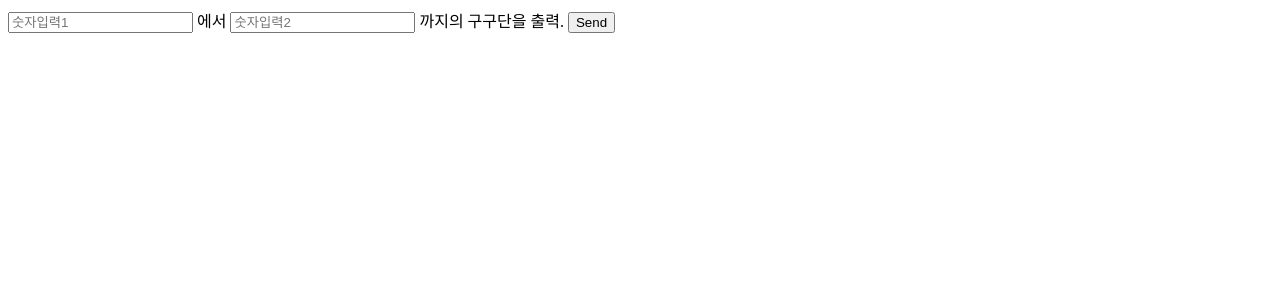
Repository: pillz9408/Jsp-Servlet
Page: jspstudy/day01/src/main/webapp/gugudan.html
An editor plug-in stored every save of this project. The page is shown before and after the next save, followed by the edit.
The browser window is 1280 px wide. The pictures show the whole page.

Above is the page before, as saved 2022-10-04 08:31:13.

### jspstudy/day01/src/main/webapp/gugudan.html
<!DOCTYPE html>
<html>
<head>
<meta charset="UTF-8">
<title>gugugu</title>
</head>
<body>
<form action="gugu">
	<input type="text" name="num1" placeholder = "숫자입력1">
	에서
	<input type="text" name="num2" placeholder = "숫자입력2">
	까지의 구구단을 출력.
	<input type="submit" value ="Send">
</form>
</body>
</html>

After the next save:
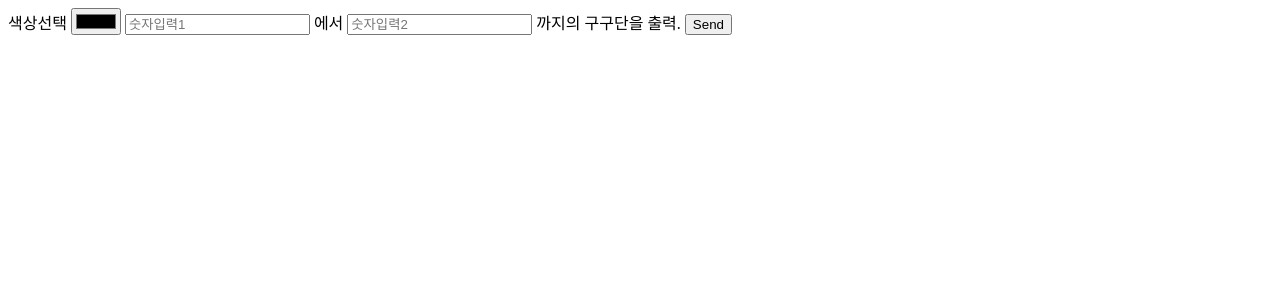
Saved 16 h 8 min later.
--- a/jspstudy/day01/src/main/webapp/gugudan.html
+++ b/jspstudy/day01/src/main/webapp/gugudan.html
@@ -6,6 +6,7 @@
 </head>
 <body>
 <form action="gugu">
+	색상선택 <input type="color" name="color">
 	<input type="text" name="num1" placeholder = "숫자입력1">
 	에서
 	<input type="text" name="num2" placeholder = "숫자입력2">
